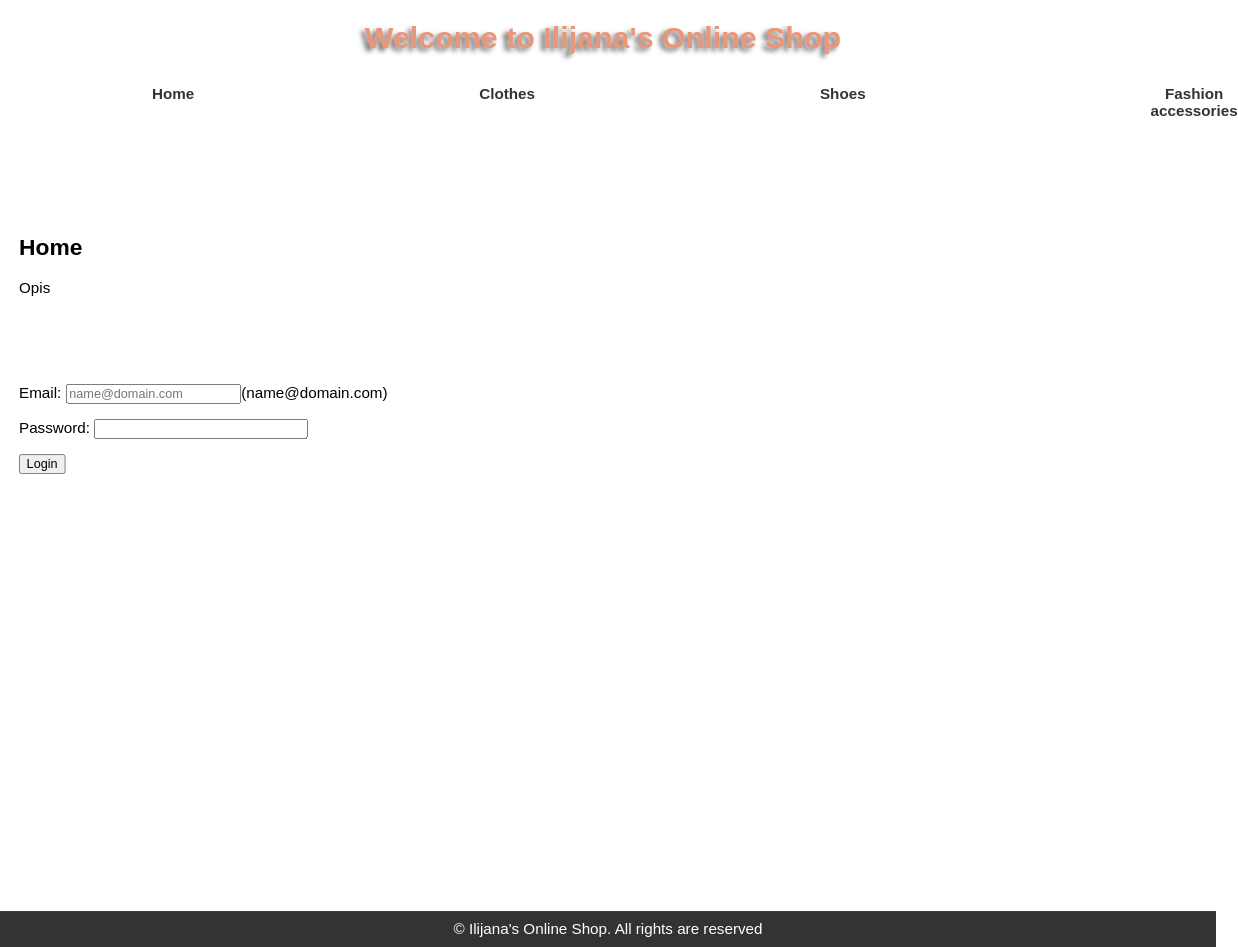
Repository: ilijana123/Proekt1
Page: html.html
An editor plug-in stored every save of this project. The page is shown before and after the next save, followed by the edit.
The browser window is 1280 px wide. The page is 1303 px wide, so the pictures cover 1303 px, including what lies to the right of the window. The pictures show the whole page, at 95% of full size.

Above is the page before, as saved 2023-11-12 23:30:25.

After the next save:
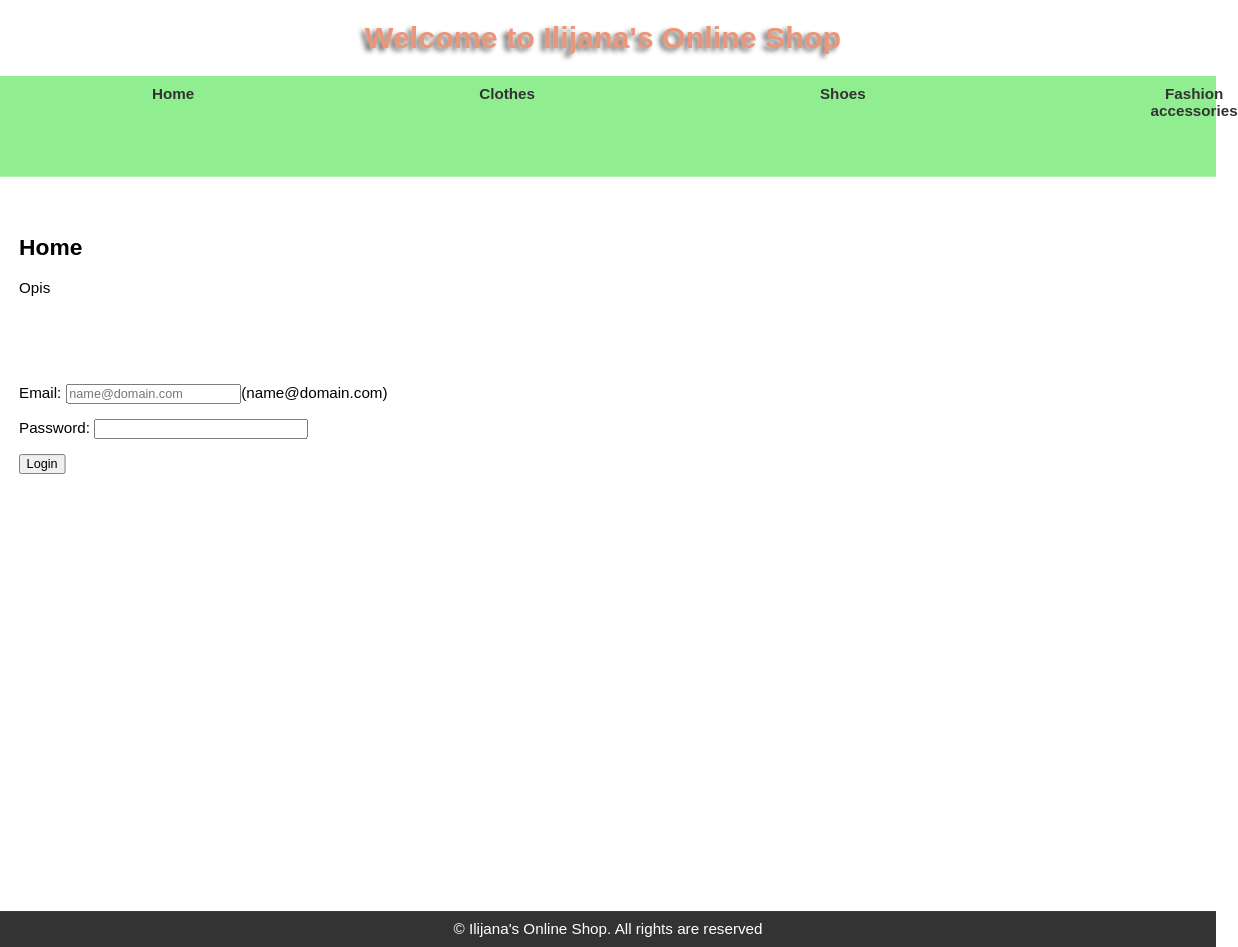
Saved 13 s later.
--- a/1.css
+++ b/1.css
@@ -13,7 +13,7 @@ h1  {
 
     nav
     {
-        background-color:lightpink
+        background-color:lightgreen;
         color: white;
         padding: 10px;
         text-align: center;
